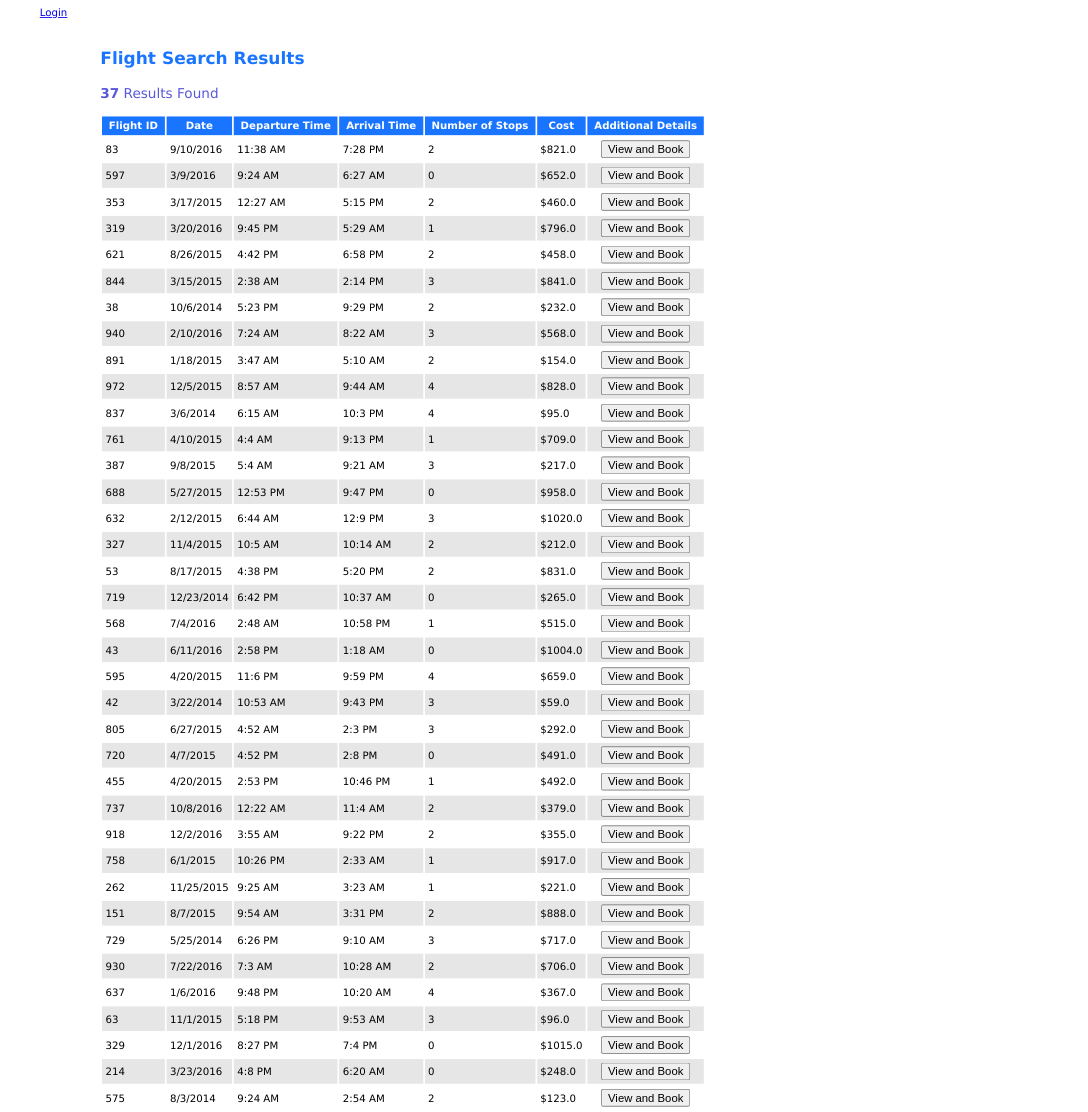
Repository: jliu9000/CSE-464---Flight-Pages
Page: http://localhost/HW1/FlightSearchResults.jsp
These files come from the project's save history. The page is drawn as it stood at one moment and after the next save; the edit follows.
The browser window is 1280 px wide. The pictures show the whole page, at 85% of full size.
Some web libraries are served in a nearby version. The page is served by Tomcat 9.

Above is the page before, as saved 2014-09-25 02:14:25.

After the next save:
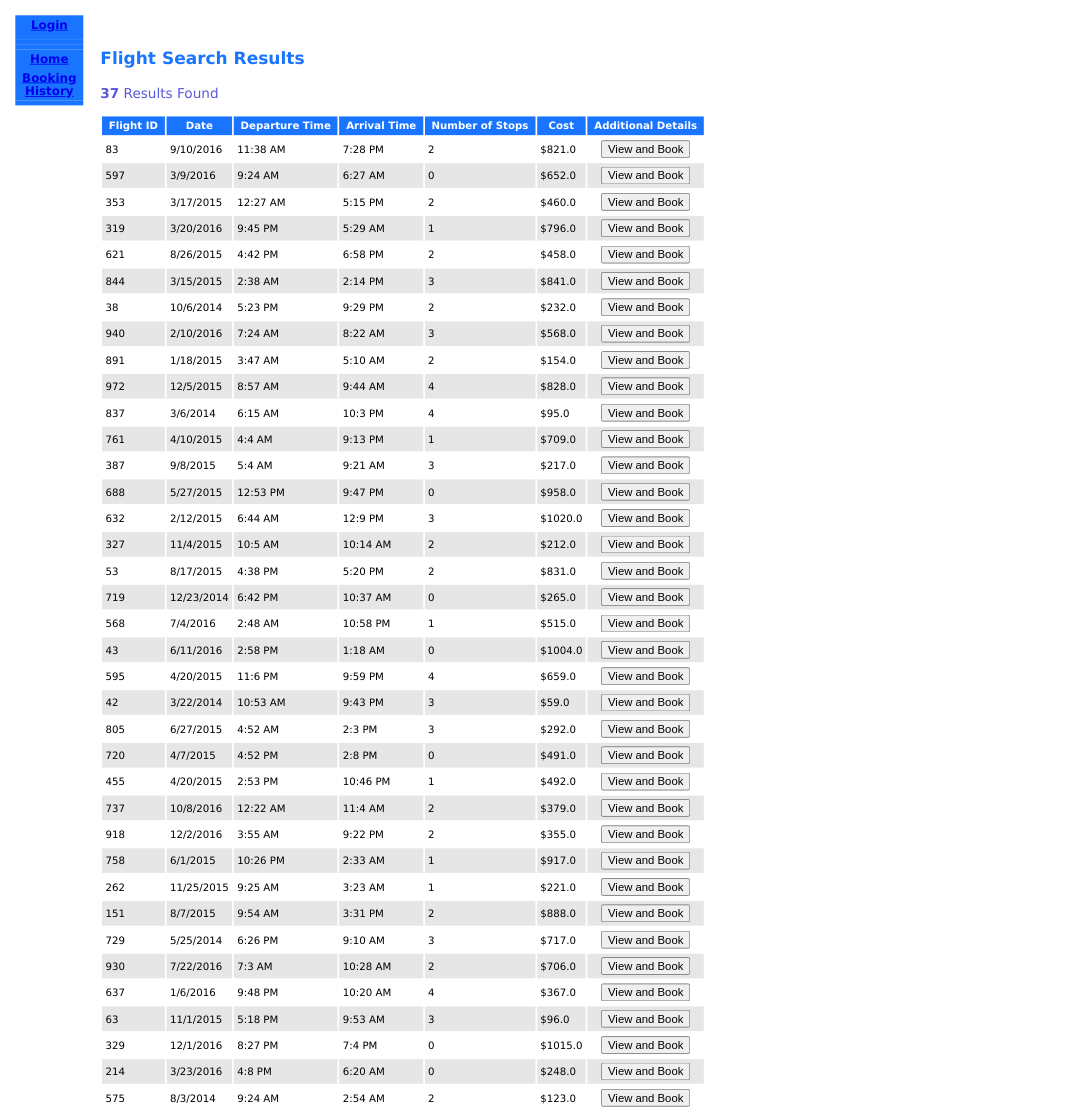
Saved 97 s later.
--- a/HW1/WebContent/FlightSearchResults.jsp
+++ b/HW1/WebContent/FlightSearchResults.jsp
@@ -11,10 +11,10 @@
 <%@ page import="flight.bizlogic.RecordFactory"%>
 </head>
 <body>
-	<div class="sidebar">
-		<a id="login" href="login.jsp">
-		<%=session.getAttribute("nUserID") != null ? "Logout" : "Login"%>
-		</a>
+	<div id='sidebar' class='sidebar'>
+	    <script>
+            $("#sidebar").load("sidebar.html");
+        </script>
 	</div>
 
 	<%  //get the records
